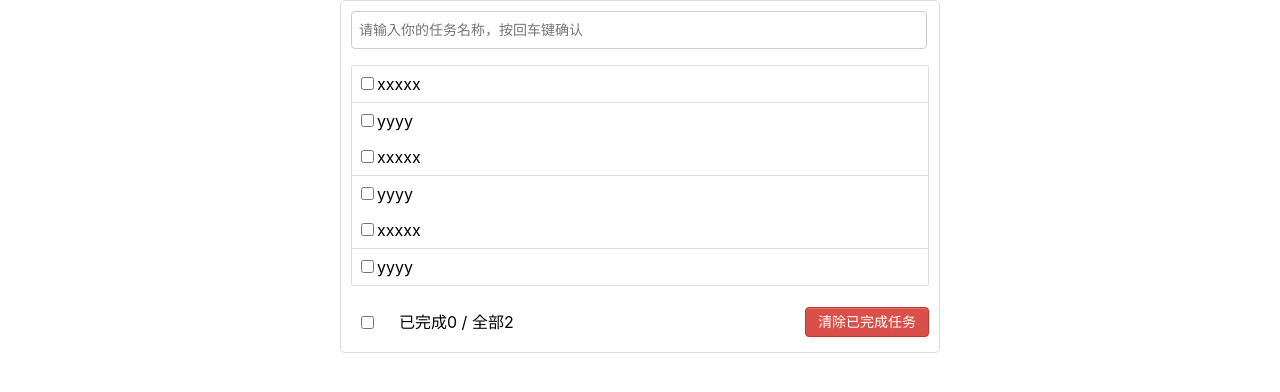
Repository: 0118Inory/react_bases
Page: /
These files come from the project's save history. The page is drawn as it stood at one moment and after the next save; the edit follows.
The browser window is 1280 px wide. The pictures show the whole page.
The project was rebuilt for these pictures with package versions that can differ from the ones it lists, and the page was loaded fresh each time.

Above is the page before, as saved 2022-03-01 11:01:26.

After the next save:
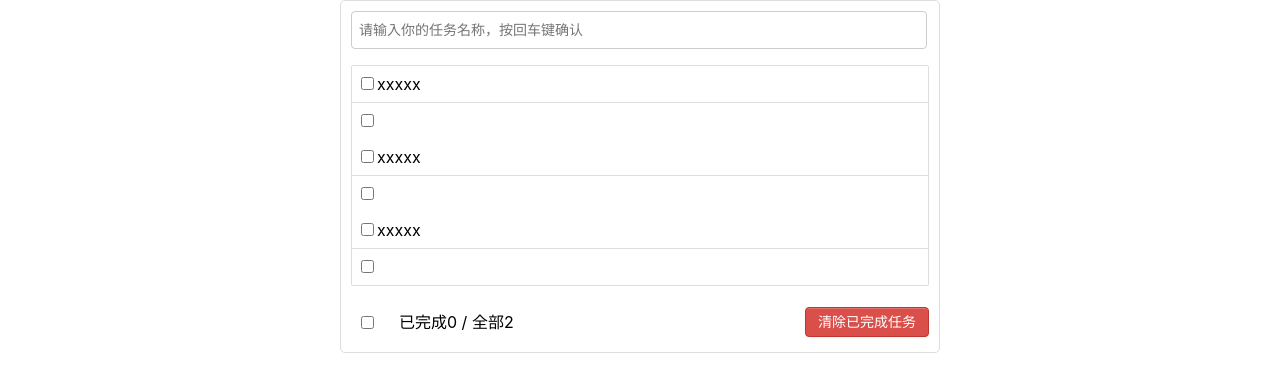
Saved 2 min 8 s later.
--- a/src/components/Item/index.jsx
+++ b/src/components/Item/index.jsx
@@ -2,7 +2,9 @@ import React, { Component } from 'react'
 import './index.css'
 
 export default class Item extends Component {
+
   render() {
+    const{id,name,}=this.props
     return (
       <div>  <li>
         <label>
@@ -16,7 +18,7 @@ export default class Item extends Component {
         <li>
           <label>
             <input type="checkbox" />
-            <span>yyyy</span>
+            <span>{name}</span>
           </label>
           <button className="btn btn-danger" style={{ display: 'none' }}>
             删除
